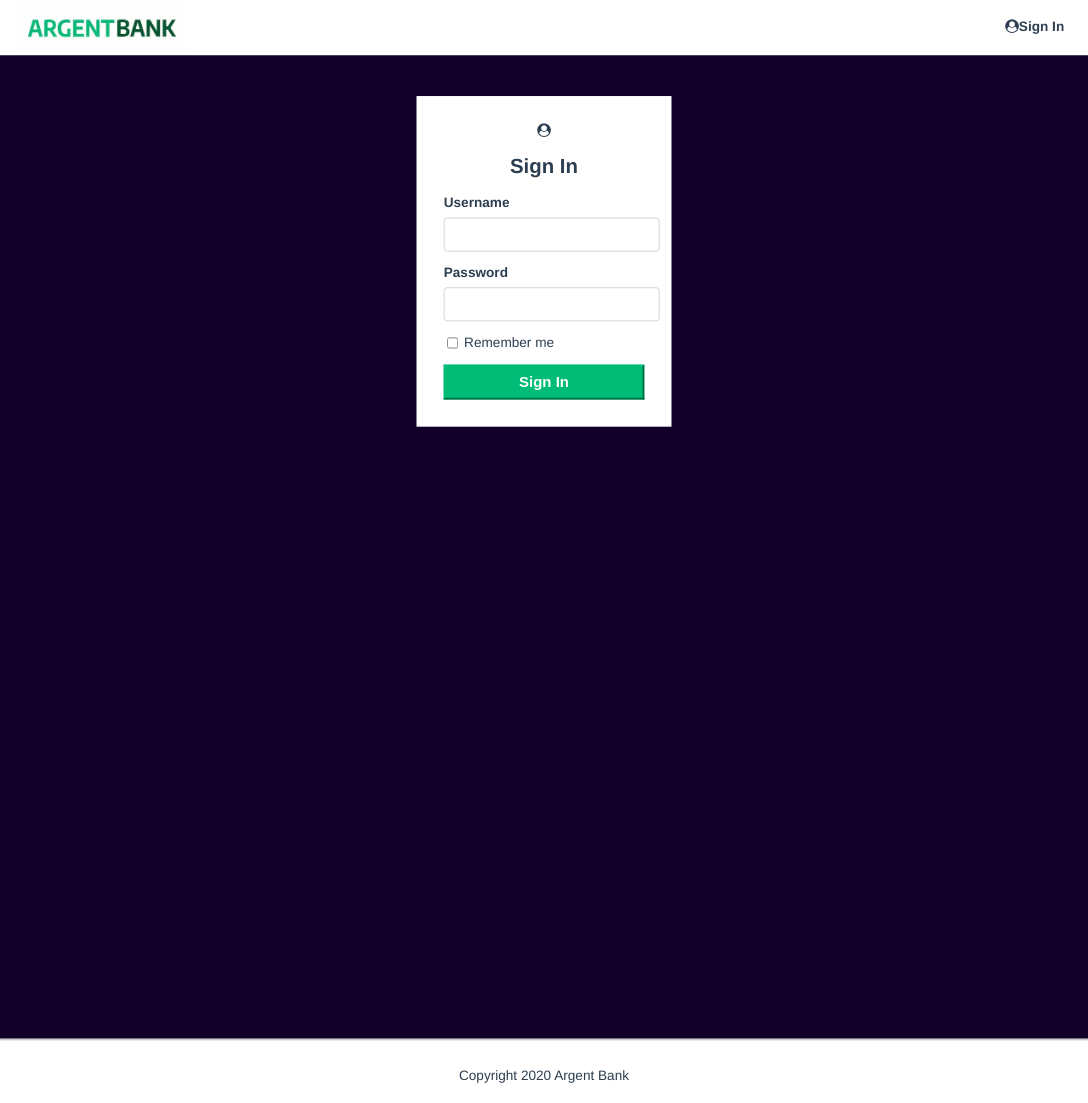
Repository: Dimple3377/ArgentBank-website
Page: /sign-in (app in banking-app/)
These files come from the project's save history. The page is drawn as it stood at one moment and after the next save; the edit follows.
The browser window is 1280 px wide. The pictures show the whole page, at 85% of full size.
The project was rebuilt for these pictures with package versions that can differ from the ones it lists, and the page was loaded fresh each time. Also part of the build but not shown: banking-app/src/components/Hero.jsx, banking-app/src/components/Feature.jsx, banking-app/src/pages/HomePage.jsx, banking-app/src/components/EditNameForm.jsx, banking-app/src/pages/UserPage.jsx.

Above is the page before, as saved 2024-06-07 02:18:14.

### banking-app/src/index.jsx
import React from "react";
import ReactDOM from "react-dom/client";
import "./main.css";
import App from "./App";
import { Provider } from "react-redux";
import store from "./store";

const root = ReactDOM.createRoot(document.getElementById("root"));
root.render(
  <React.StrictMode>
    <Provider store={store}>
      <App />
    </Provider>
  </React.StrictMode>
);

### banking-app/src/main.css
html {
  font-family: Avenir, Helvetica, Arial, sans-serif;
  -webkit-font-smoothing: antialiased;
  -moz-osx-font-smoothing: grayscale;
  text-align: center;
  color: #2c3e50;
}

body {
  margin: 0;
  display: flex;
  flex-direction: column;
  min-height: 100vh;
}

.main {
  display: flex;
  flex: 1;
}

.bg-dark {
  background-color: #12002b;
}

.sr-only {
  border: 0 !important;
  clip: rect(1px, 1px, 1px, 1px) !important;
  -webkit-clip-path: inset(50%) !important;
  clip-path: inset(50%) !important;
  height: 1px !important;
  margin: -1px !important;
  overflow: hidden !important;
  padding: 0 !important;
  position: absolute !important;
  width: 1px !important;
  white-space: nowrap !important;
}

.main-nav {
  display: flex;
  justify-content: space-between;
  align-items: center;
  padding: 5px 20px;
}

.main-nav a {
  font-weight: bold;
  color: #2c3e50;
}

.main-nav a.router-link-exact-active {
  color: #42b983;
}

.main-nav-item {
  text-decoration: none;
  margin-right: 0.5rem;
}

.main-nav-item:hover {
  text-decoration: underline;
}

.main-nav-logo {
  display: flex;
  align-items: center;
}

.main-nav-logo-image {
  max-width: 100%;
  width: 200px;
}

.hero {
  background-image: url("../src/assets/img/bank-tree.webp");
  background-position: 0 -50px;
  background-size: cover;
  background-repeat: no-repeat;
  height: 300px;
  position: relative;
}

.hero-content {
  position: relative;
  top: 2rem;
  width: 200px;
  background: white;
  padding: 2rem;
  text-align: left;
  margin: 0 auto;
}

.hero-content .subtitle {
  font-weight: bold;
  font-size: 1rem;
  margin: 0;
}

.hero-content .text {
  margin-bottom: 0;
  font-size: 0.9rem;
}

@media (min-width: 920px) {
  .hero {
    height: 400px;
    background-position: 0% 33%;
  }

  .hero-content {
    position: absolute;
    top: 50px;
    right: 50px;
    width: 300px;
    margin: 2rem;
  }

  .hero-content .subtitle {
    font-size: 1.5rem;
  }

  .hero-content .text {
    font-size: 1.2rem;
  }
}

.features {
  display: flex;
  flex-direction: column;
}

@media (min-width: 920px) {
  .features {
    flex-direction: row;
  }
}

.feature-icon {
  width: 100px;
  border: 10px solid #00bc77;
  border-radius: 50%;
  padding: 1rem;
}

.feature-item {
  flex: 1;
  padding: 2.5rem;
}

.feature-item-title {
  color: #222;
  font-size: 1.25rem;
  font-weight: bold;
  margin-bottom: 0.5rem;
}

.sign-in-button {
  display: block;
  width: 100%;
  padding: 8px;
  font-size: 1.1rem;
  font-weight: bold;
  margin-top: 1rem;
  border-color: #00bc77;
  background-color: #00bc77;
  color: #fff;
}

.sign-in-content {
  box-sizing: border-box;
  background-color: white;
  width: 300px;
  margin: 0 auto;
  margin-top: 3rem;
  padding: 2rem;
  margin-bottom: 45rem;
}

.sign-in-icon {
  font-size: 5rem;
}

.input-remember {
  display: flex;
}

.input-remember label {
  margin-left: 0.25rem;
}

.input-wrapper {
  display: flex;
  flex-direction: column;
  text-align: left;
  margin-bottom: 1rem;
}

.input-wrapper label {
  font-weight: bold;
}

.input-wrapper input {
  padding: 5px;
  font-size: 1.2rem;
}

.footer {
  display: flex;
  justify-content: center;
  border-top: 2px solid #ccc;
  padding: 2rem 0 1.5rem;
}

.footer-text {
  margin: 0;
  padding: 0;
}

.account {
  display: flex;
  justify-content: space-between;
  align-items: center;
  border: 1px solid black;
  background-color: #fff;
  width: 80%;
  margin: 0 auto;
  flex-direction: column;
  padding: 1.5rem;
  box-sizing: border-box;
  text-align: left;
  margin-bottom: 2rem;
}

.account-amount {
  margin: 0;
  font-size: 2.5rem;
  font-weight: bold;
}

.account-amount-description {
  margin: 0;
}

.account-title {
  margin: 0;
  padding: 0;
  font-size: 1rem;
  font-weight: normal;
}

.account-content-wrapper {
  width: 100%;
  flex: 1;
}

.edit-button {
  border-color: #00bc77;
  background-color: #00bc77;
  color: #fff;
  font-weight: bold;
  padding: 10px;
}

.header {
  color: #fff;
  margin-bottom: 2rem;
}

.transaction-button {
  display: block;
  width: 100%;
  padding: 8px;
  font-size: 1.1rem;
  font-weight: bold;
  margin-top: 1rem;
  border-color: #00bc77;
  background-color: #00bc77;
  color: #fff;
}

@media (min-width: 720px) {
  .account {
    flex-direction: row;
  }

  .account-content-wrapper.cta {
    flex: 0;
  }

  .transaction-button {
    width: 200px;
  }
}

### banking-app/src/App.jsx
import React from "react";
import { BrowserRouter as Router, Route, Routes } from "react-router-dom";
import HomePage from "./pages/HomePage";
import SignInPage from "./pages/SignInPage";
import UserPage from "./pages/UserPage";

import "./main.css";

function App() {
  return (
    <Router>
      <Routes>
        <Route path="/" element={<HomePage />} />
        <Route path="/sign-in" element={<SignInPage />} />
        <Route path="/user" element={<UserPage />} />
      </Routes>
    </Router>
  );
}

export default App;

### banking-app/src/store/index.jsx
import { configureStore } from "@reduxjs/toolkit";
import userReducer from "./userSlice";

export const store = configureStore({
  reducer: {
    user: userReducer,
    devTools: process.env.NODE_ENV !== "production",
  },
});

export default store;

### banking-app/src/pages/SignInPage.jsx
import React from "react";
import Header from "../components/Header";
import Footer from "../components/Footer";
import LoginForm from "../components/LoginForm";

const SignInPage = () => {
  return (
    <>
      <Header />
      <main className="main bg-dark">
        <section className="sign-in-content">
          <i className="fa fa-user-circle sign-in-icon"></i>
          <h1>Sign In</h1>
          <LoginForm />
        </section>
      </main>
      <Footer />
    </>
  );
};

export default SignInPage;

### banking-app/src/store/userSlice.jsx
import { createSlice, createAsyncThunk } from "@reduxjs/toolkit";
import axios from "axios";

const initialState = {
  user: null,
  token: null,
  status: "idle",
  error: null,
};

// Thunk pour la connexion de l'utilisateur
export const loginUser = createAsyncThunk("user/login", async (credentials) => {
  const response = await axios.post(
    "http://localhost:3001/api/v1/user/login",
    credentials
  );
  console.log("Réponse de l'API login:", response.data);
  return { user: response.data.body.user, token: response.data.body.token };
});

// Thunk pour la mise à jour du profil utilisateur
export const updateUser = createAsyncThunk(
  "user/update",
  async (userData, { getState }) => {
    const token = localStorage.getItem("token");
    console.log("Token utilisé pour updateUser:", token);
    const response = await axios.put(
      "http://localhost:3001/api/v1/user/profile",
      userData,
      {
        headers: {
          Authorization: `Bearer ${token}`,
        },
      }
    );
    return response.data.body;
  }
);

// Thunk pour récupérer le profil utilisateur
export const fetchUserProfile = createAsyncThunk(
  "user/fetchProfile",
  async (_, { getState }) => {
    const token = localStorage.getItem("token");
    console.log("Token utilisé pour fetchUserProfile:", token);
    const response = await axios.get(
      "http://localhost:3001/api/v1/user/profile",
      {
        headers: {
          Authorization: `Bearer ${token}`,
        },
      }
    );
    console.log("Réponse de l'API fetchUserProfile:", response.data);
    return response.data.body;
  }
);

const userSlice = createSlice({
  name: "user",
  initialState,
  reducers: {
    logout: (state) => {
      localStorage.clear();
      state.user = null;
      state.token = null;
      state.status = "idle";
      state.error = null;
    },
  },
  extraReducers: (builder) => {
    builder
      .addCase(loginUser.pending, (state) => {
        state.status = "loading";
      })
      .addCase(loginUser.fulfilled, (state, action) => {
        state.status = "succeeded";
        console.log("Payload reçu de loginUser:", action.payload);
        state.user = action.payload.user;
        state.token = action.payload.token;
        localStorage.setItem("token", state.token);
        state.error = null;
      })
      .addCase(loginUser.rejected, (state, action) => {
        state.status = "failed";
        state.error = action.error.message;
      })
      .addCase(updateUser.pending, (state) => {
        state.status = "loading";
      })
      .addCase(updateUser.fulfilled, (state, action) => {
        state.status = "succeeded";
        state.user = { ...state.user, ...action.payload };
        state.error = null;
      })
      .addCase(updateUser.rejected, (state, action) => {
        state.status = "failed";
        state.error = action.error.message;
      })
      .addCase(fetchUserProfile.pending, (state) => {
        state.status = "loading";
      })
      .addCase(fetchUserProfile.fulfilled, (state, action) => {
        state.status = "succeeded";
        state.user = action.payload;
        state.error = null;
      })
      .addCase(fetchUserProfile.rejected, (state, action) => {
        state.status = "failed";
        state.error = action.error.message;
      });
  },
});

export const { logout } = userSlice.actions;

export default userSlice.reducer;

### banking-app/src/components/Header.jsx
import React from "react";
import { Link, useLocation, useNavigate } from "react-router-dom";
import { useSelector, useDispatch } from "react-redux";
import { logout } from "../store/userSlice";
import logo from "../assets/img/argentBankLogo.webp";
import "font-awesome/css/font-awesome.min.css";
import "../components/Header";

const Header = () => {
  const dispatch = useDispatch();
  const navigate = useNavigate();
  const { user } = useSelector((state) => state.user);
  const location = useLocation();

  const handleLogout = () => {
    dispatch(logout());
    navigate("/"); // vers la page d'accueil après la déconnexion
  };

  const isEditUserPage = location.pathname === "/edit-user";
  const navClass = isEditUserPage ? "main-nav edit-user-nav" : "main-nav";
  return (
    <nav className={navClass}>
      <Link className="main-nav-logo" to="/">
        <img
          className="main-nav-logo-image"
          src={logo}
          alt="Argent Bank Logo"
        />
        <h1 className="sr-only">Argent Bank</h1>
      </Link>
      <div>
        {location.pathname === "/edit-user" ? (
          <>
            {/* icônes spécifiques à EditUserPage */}
            <span>{user?.userName}</span>
            <i className="fa fa-user-circle"></i>
            <i className="fa fa-cog"></i>
            <i className="fa fa-power-off" onClick={handleLogout}></i>
          </>
        ) : user ? (
          <>
            <Link className="main-nav-item" to="/user">
              <i className="fa fa-user-circle"></i>
              {user.userName}
            </Link>
            <Link className="main-nav-item" to="/" onClick={handleLogout}>
              <i className="fa fa-sign-out"></i>
              Sign Out
            </Link>
          </>
        ) : (
          <Link className="main-nav-item" to="/sign-in">
            <i className="fa fa-user-circle"></i>
            Sign In
          </Link>
        )}
      </div>
    </nav>
  );
};

export default Header;

### banking-app/src/components/Footer.jsx
import React from "react";

const Footer = () => {
  return (
    <footer className="footer">
      <p className="footer-text">Copyright 2020 Argent Bank</p>
    </footer>
  );
};

export default Footer;

### banking-app/src/components/LoginForm.jsx
import React, { useState, useEffect } from "react";
import { useDispatch, useSelector } from "react-redux";
import { useNavigate } from "react-router-dom";
import { loginUser } from "../store/userSlice";

const LoginForm = () => {
  const [email, setEmail] = useState("");
  const [password, setPassword] = useState("");
  const dispatch = useDispatch();
  const navigate = useNavigate();
  const { user, status, error } = useSelector((state) => state.user);

  const handleSubmit = async (e) => {
    e.preventDefault();
    const result = await dispatch(loginUser({ email, password }));
    if (loginUser.fulfilled.match(result)) {
      navigate("/user");
    } else {
      console.error("Login failed:", result.payload);
    }
  };

  useEffect(() => {
    if (user) {
      navigate("/user");
    }
  }, [user, navigate]);

  return (
    <div>
      <form onSubmit={handleSubmit}>
        <div className="input-wrapper">
          <label htmlFor="email">Username</label>
          <input
            type="email"
            id="email"
            value={email}
            onChange={(e) => setEmail(e.target.value)}
          />
        </div>
        <div className="input-wrapper">
          <label htmlFor="password">Password</label>
          <input
            type="password"
            id="password"
            value={password}
            onChange={(e) => setPassword(e.target.value)}
          />
        </div>
        <div className="input-remember">
          <input type="checkbox" id="remember-me" />
          <label htmlFor="remember-me">Remember me</label>
        </div>
        <button className="sign-in-button" type="submit">
          Sign In
        </button>
        {status === "loading" && <p>Loading...</p>}
        {status === "failed" && <p>{error}</p>}
        {user && <p>Welcome, {user.firstName}</p>}
      </form>
    </div>
  );
};

export default LoginForm;

### banking-app/src/components/EditNameForm.css
.edit-name-form {
  display: flex;
  flex-direction: column;
  align-items: center;
  width: 100%;
  max-width: 400px;
  margin: 0 auto;
}

.input-wrapper {
  display: flex;
  flex-direction: column;
  align-items: flex-start;
  width: 100%;
  margin-bottom: 1rem;
}

.input-wrapper label {
  margin-bottom: 0.5rem;
  font-weight: bold;
}

.input-wrapper input {
  width: 100%;
  padding: 0.5rem;
  border: 1px solid #ccc;
  border-radius: 4px;
}

.edit-button {
  width: 100%;
  max-width: 150px;
  padding: 0.5rem;
  margin: 0.5rem;
  background-color: #007bff;
  color: white;
  border: none;
  border-radius: 4px;
  cursor: pointer;
}

.edit-button:hover {
  background-color: #0056b3;
}

.button-container {
  display: flex;
  justify-content: space-between;
  width: 100%;
  max-width: 400px;
}

Loaded but not shown: banking-app/public/index.html (common file)

After the next save:
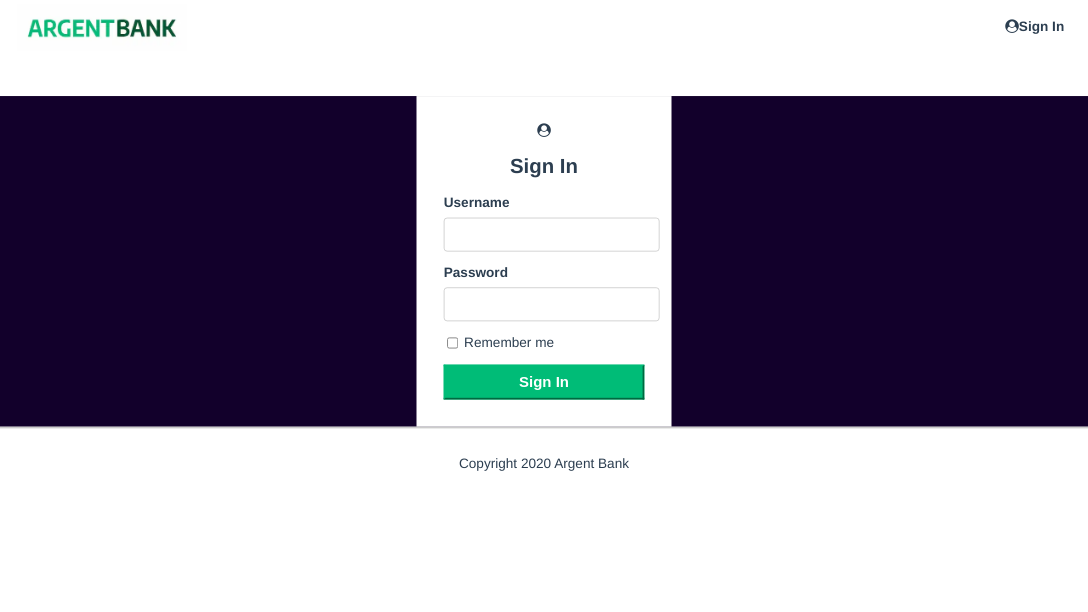
Saved 4 min 29 s later.
--- a/banking-app/src/main.css
+++ b/banking-app/src/main.css
@@ -14,7 +14,6 @@ body {
 }
 
 .main {
-  display: flex;
   flex: 1;
 }
 
@@ -173,7 +172,6 @@ body {
   margin: 0 auto;
   margin-top: 3rem;
   padding: 2rem;
-  margin-bottom: 45rem;
 }
 
 .sign-in-icon {
